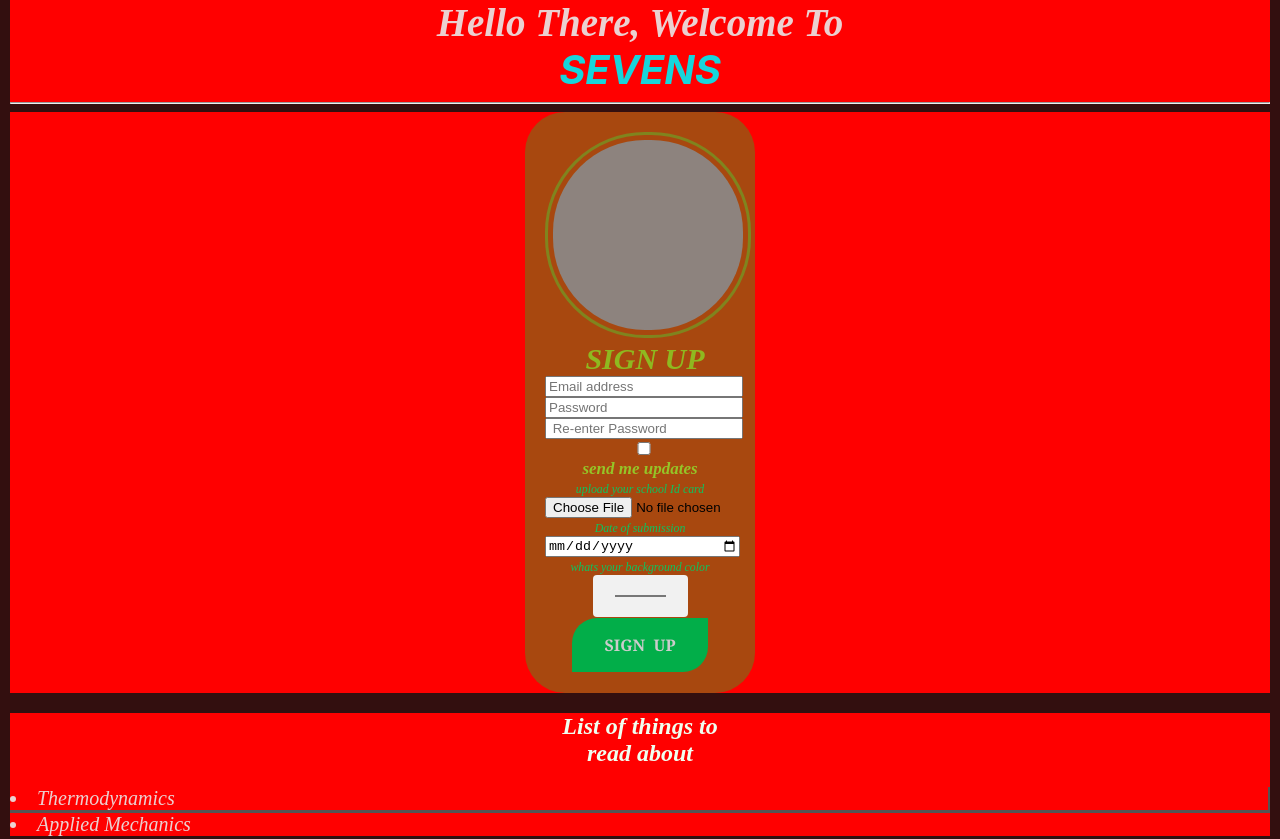
Repository: Ayomipo127/osasona
Page: signuppage.html
An editor plug-in stored every save of this project. The page is shown before and after a run of saves, followed by the edit.
The browser window is 1280 px wide. The pictures show the whole page.
Pictures or frames that could not be fetched are drawn as grey boxes.

Above is the page before, as saved 2021-08-30 22:38:51.

After the next 3 saves:
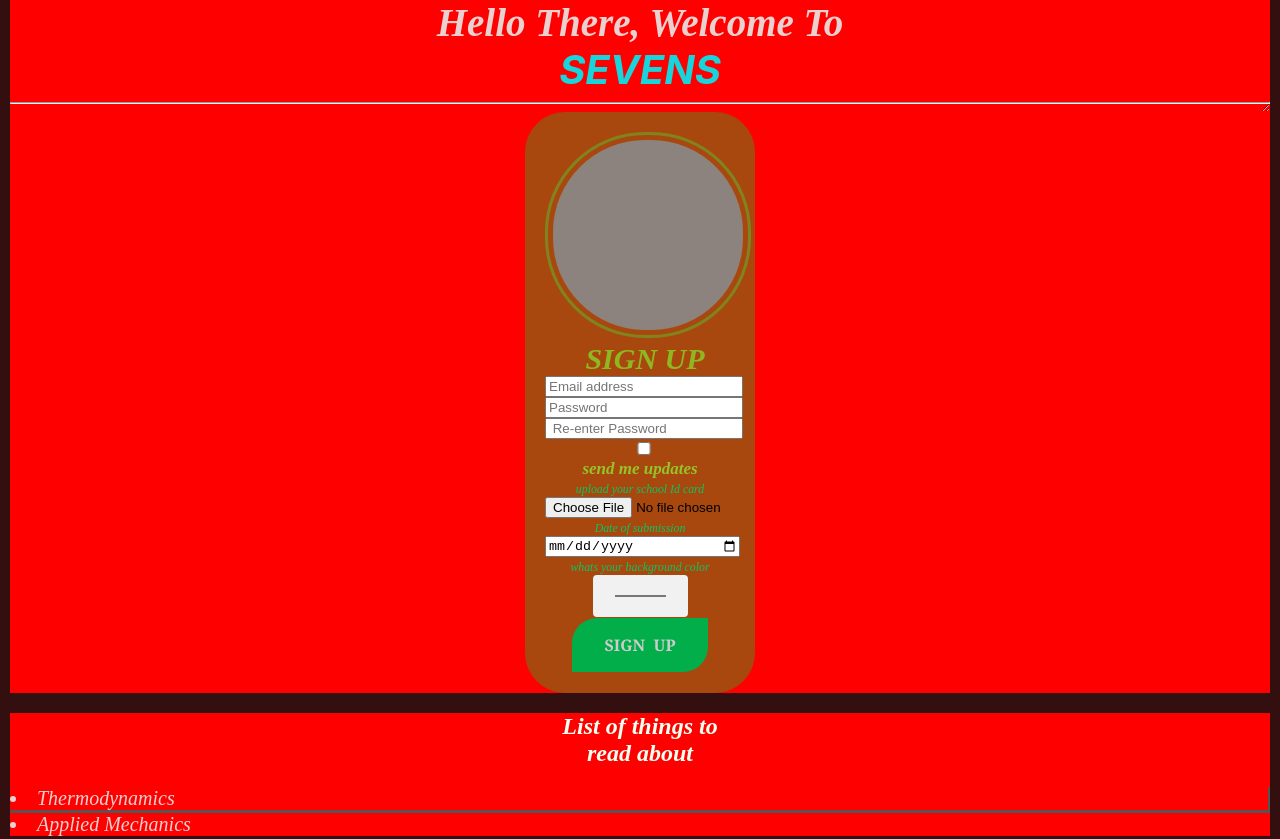
The 3 saves are shown as one change because they came seconds apart.
The last was saved 9 s later.
--- a/css/style.css
+++ b/css/style.css
@@ -374,4 +374,5 @@ div.desc {
 }
 .questions:hover{width: 220px;
 height: 75px;}
-.header{resize: horizontal;}
+.header{resize: horizontal;
+overflow: auto;}
